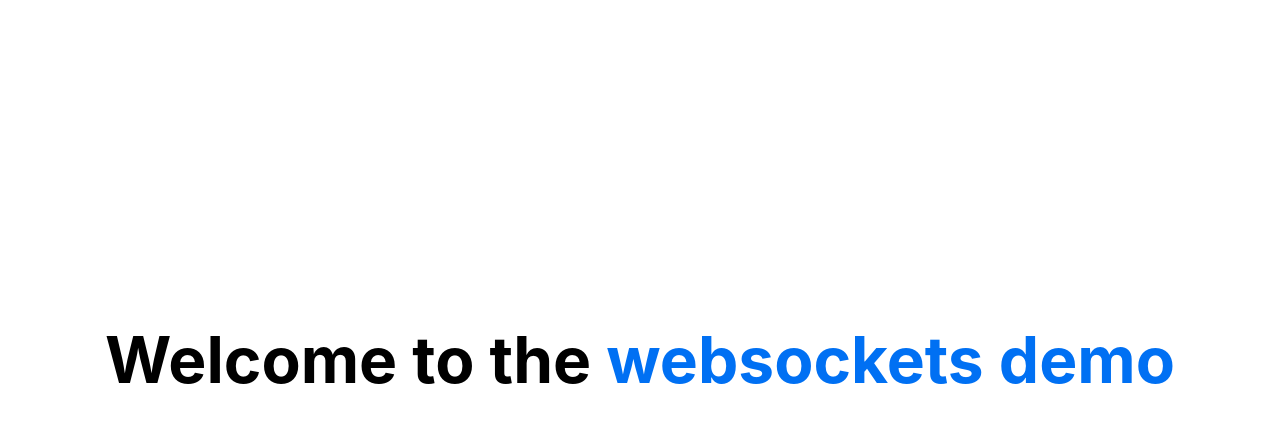
Repository: Sanshit-sagar/socketeer
Page: /
An editor plug-in stored every save of this project. The page is shown before and after a run of saves, followed by the edit.
The browser window is 1280 px wide. The pictures show the whole page.
The project was rebuilt for these pictures with package versions that can differ from the ones it lists, and the page was loaded fresh each time. The framework's server and built-in components were replaced by stand-ins that run in the browser. Also part of the build but not shown: next.config.js.

Above is the page before, as saved 2021-11-11 18:30:02.

### pages/index.tsx
import type { NextPage } from 'next'
import Head from 'next/head'
import Link from 'next/link'

import styles from '../styles/Home.module.css'

const Home: NextPage = () => {
  return (
    <div className={styles.container}>
      <Head>
        <title> WebSocket Demo </title>
        <meta name="description" content="A demo app for websockets" />
        <link rel="icon" href="/favicon.ico" />
      </Head>

      <main className={styles.main}>
        <h1 className={styles.title}>
          Welcome to the <Link href="/demo">websockets demo</Link>
        </h1>
      </main>
    </div>
  )
}

export default Home

Loaded but not shown: pages/_app.tsx (common file); styles/globals.css (common file); styles/Home.module.css (common file)

After the next 2 saves:
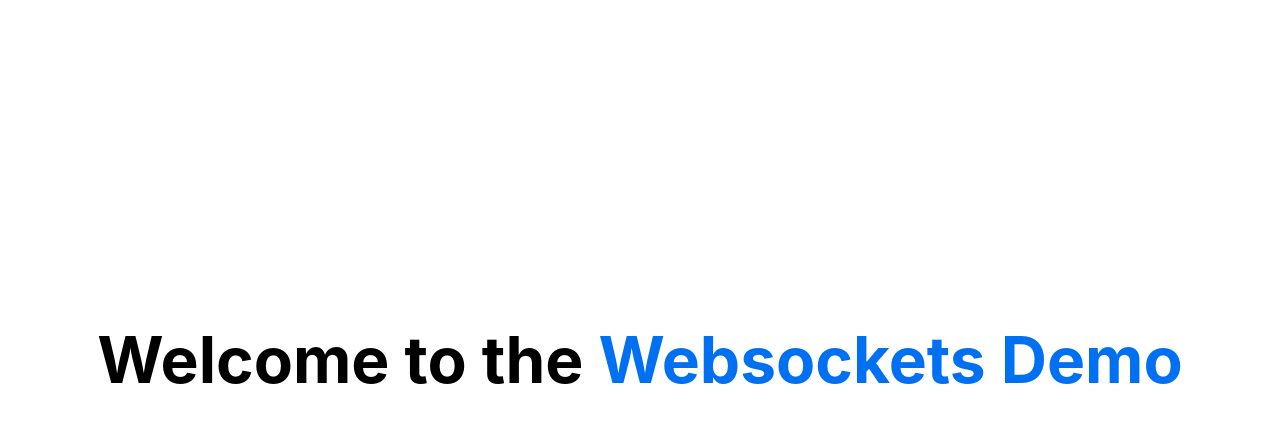
The 2 saves are shown as one change because they came seconds apart.
The last was saved 8 s later.
--- a/pages/index.tsx
+++ b/pages/index.tsx
@@ -15,7 +15,7 @@ const Home: NextPage = () => {
 
       <main className={styles.main}>
         <h1 className={styles.title}>
-          Welcome to the <Link href="/demo">websockets demo</Link>
+          Welcome to the <Link href="/demo"> Websockets Demo</Link>
         </h1>
       </main>
     </div>
